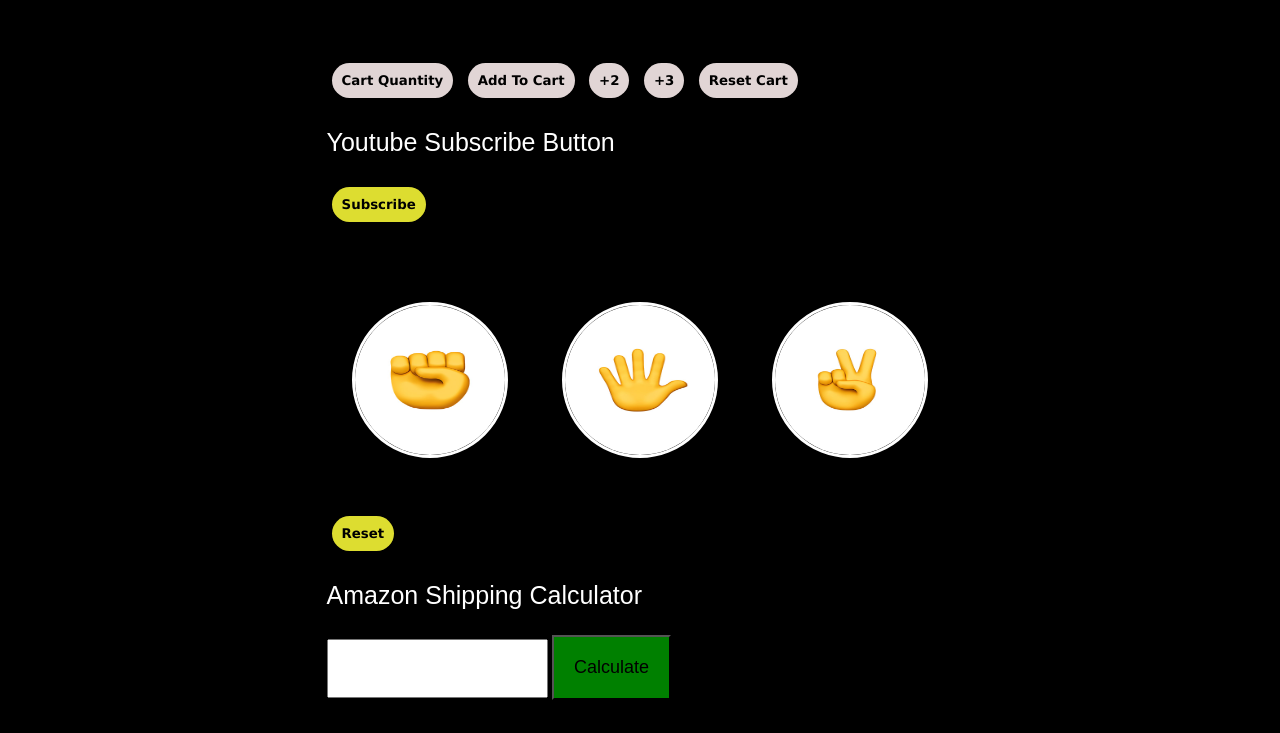
Repository: EguJaredoBoyd/Jared-Learning-Projects
Page: javascript-tutorial.html
An editor plug-in stored every save of this project. The page is shown before and after the next save, followed by the edit.
The browser window is 1280 px wide. The pictures show the whole page.

Above is the page before, as saved 2025-07-07 17:50:31.

After the next save:
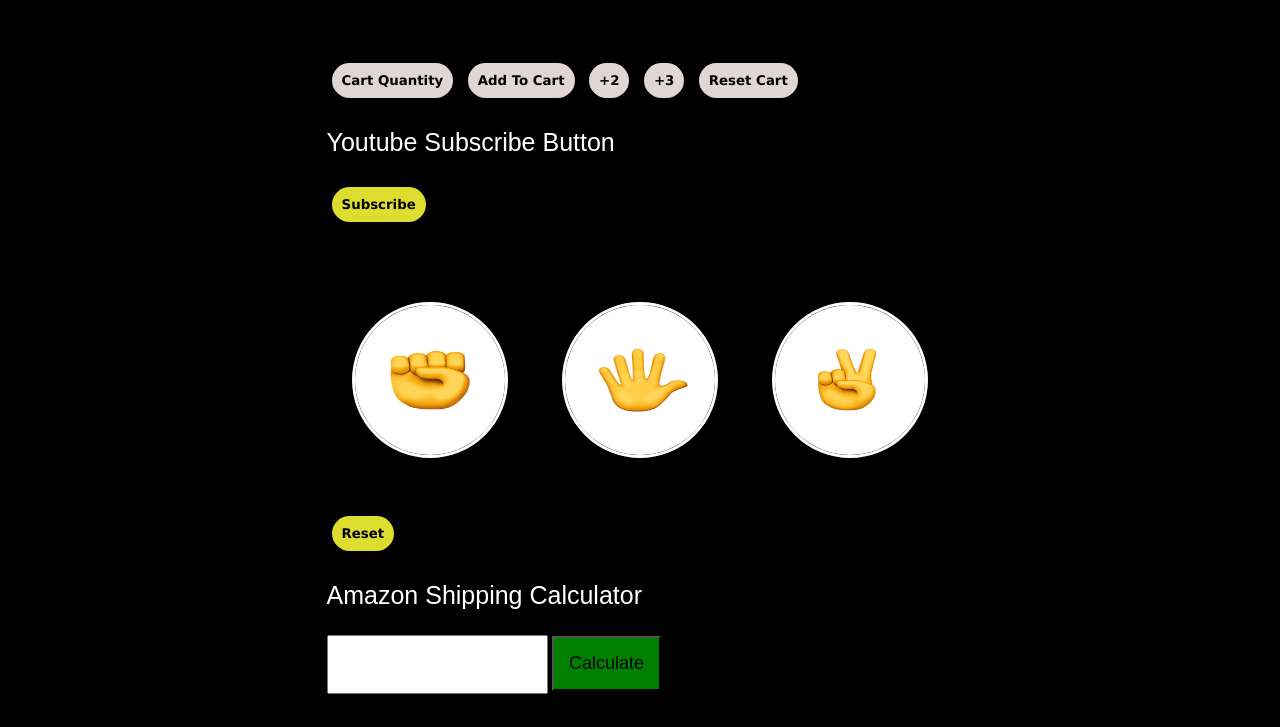
Saved 12 s later.
--- a/javascript-tutorial.css
+++ b/javascript-tutorial.css
@@ -72,7 +72,7 @@ section p{
 
 }
 .amazon-calculator .calculator{
-    padding: 20px;
+    padding: 15px;
     background-color: green;
     font-size: large;
 }
